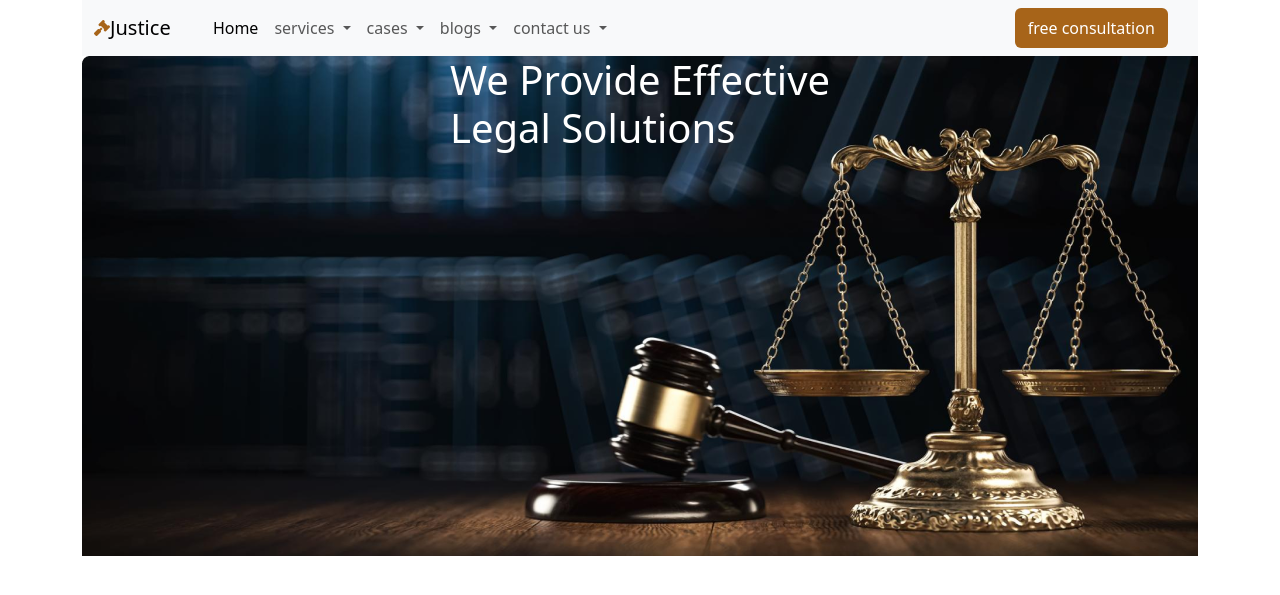
Repository: sadiaafsana138/justice
Page: index.html
These files come from the project's save history. The page is drawn as it stood at one moment and after the next save; the edit follows.
The browser window is 1280 px wide. The pictures show the whole page.
Some web libraries are served in a nearby version.

Above is the page before, as saved 2023-01-25 17:27:46.

After the next save:
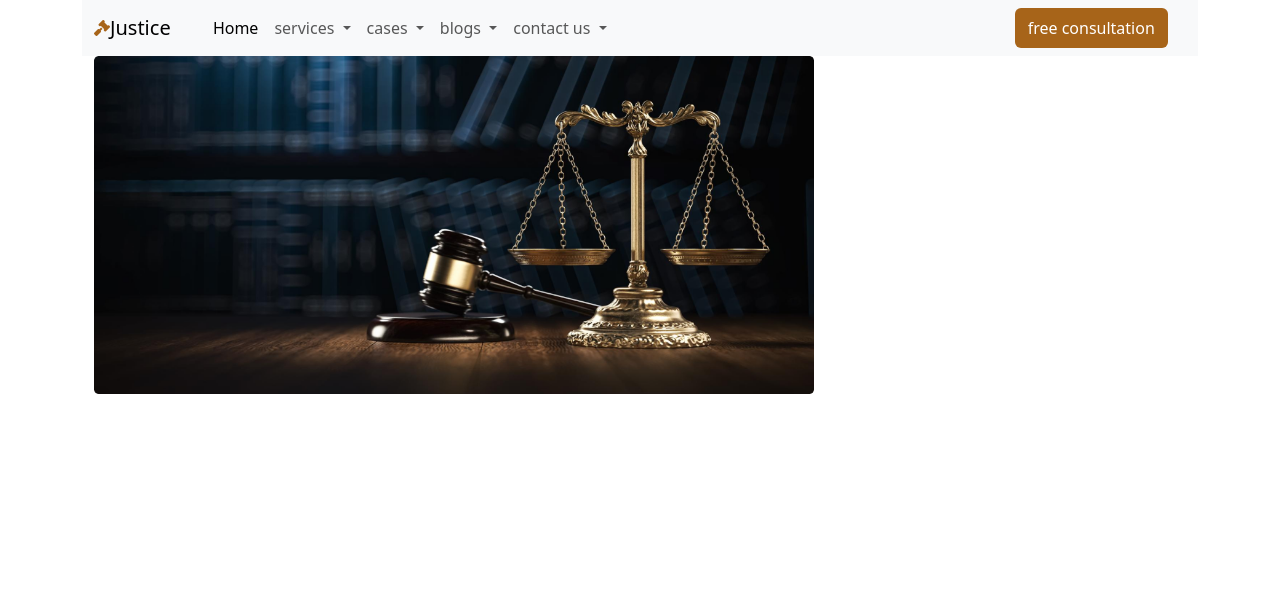
Saved 9 min 19 s later.
--- a/index.html
+++ b/index.html
@@ -78,11 +78,17 @@
         </nav>
     </header>
     <main class="container-lg">
-        <section class="banner-bg">
+        <section>
+            <div class="container">
+                <div class="row">
+                    <div class="col-xs-12 col-sm-6 col-md-8 col-centered">
+                        <div class="maintxt">
+                            <img src="images/banner.png"class="img-fluid">
+                        </div>
+                    </div>
+                </div>
+            </div>
 
-            <div class="d-flex justify-content-center align-items-center">
-                <h1 class="text-primary-color1 align-items-center ">We Provide Effective <br>Legal Solutions</h1>
-            </div>
         </section>
 
     </main>
